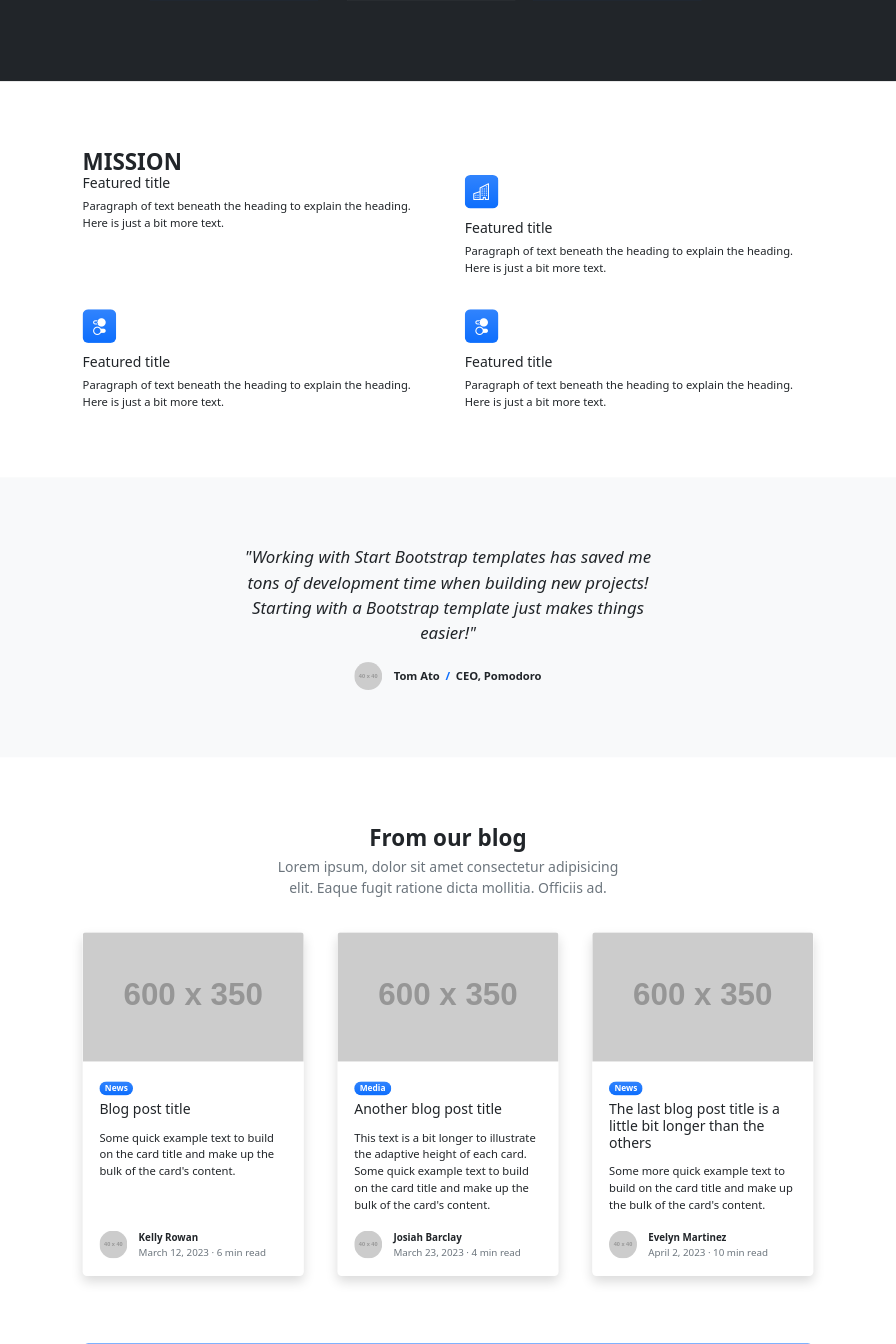
Repository: DragonFruit8/BeTheSpark
Page: index.html
These files come from the project's save history. The page is drawn as it stood at one moment and after a run of saves; the edit follows.
The browser window is 1280 px wide. The pictures show the part of the page from y = 367 to 2287 px (the page is 2617 px tall before and 2665 px after), at 70% of full size.

Above is the page before, as saved 2024-01-14 07:45:42.

After the next 2 saves:
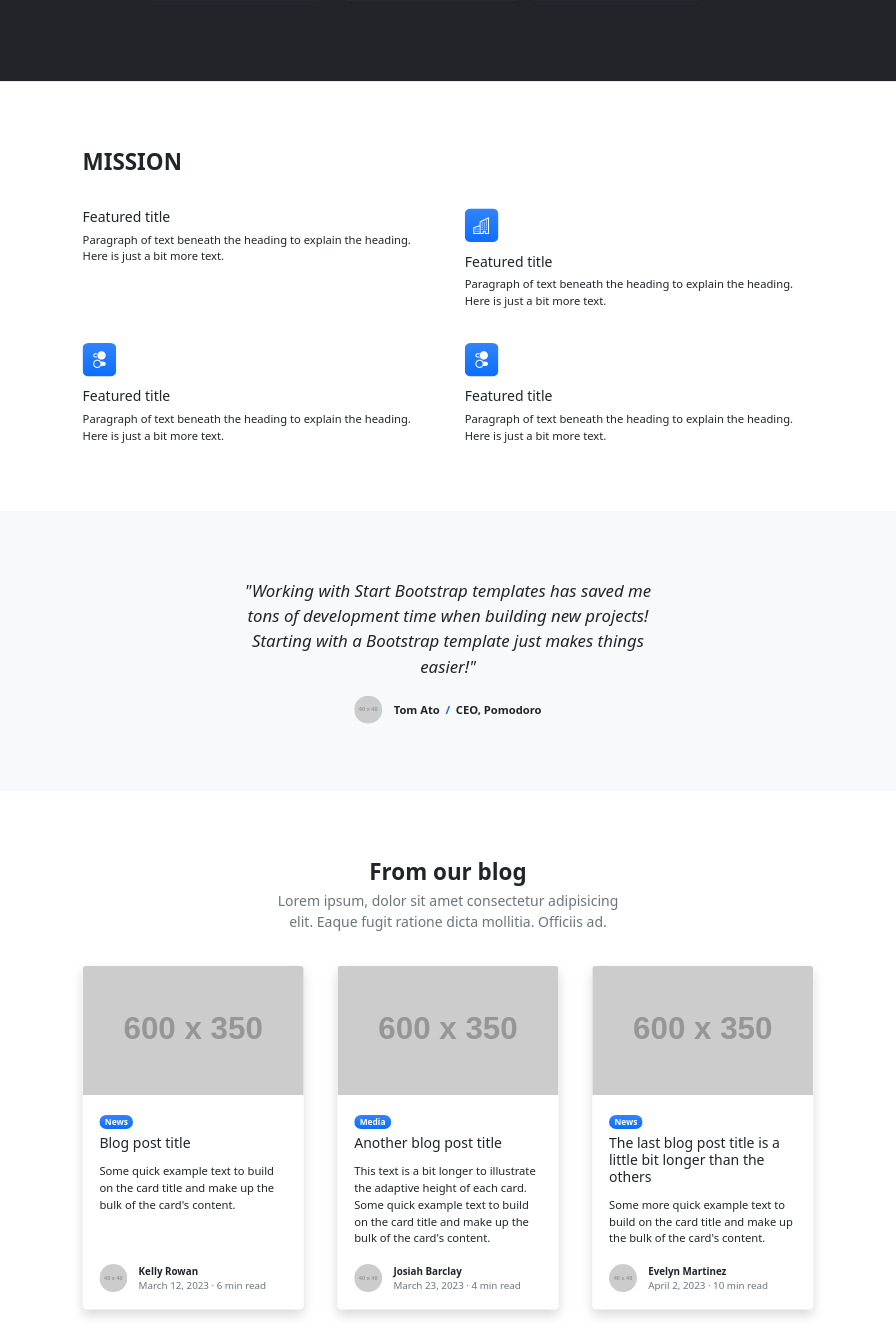
The 2 saves are shown as one change because they came seconds apart.
The last was saved 52 s later.
--- a/index.html
+++ b/index.html
@@ -69,7 +69,7 @@
             <section class="py-5" id="features">
                 <div class="container px-5 my-5">
                     <div class="row gx-5">
-                        <div class="col-lg-4 mb-5 mb-lg-0"><h2 class="fw-bolder mb-0">MISSION</h2></div>
+                        <div class="col-lg-4 mb-5 mb-lg-0"><h2 class="fw-bolder mb-5">MISSION</h2></div>
                         <div class="row-lg-8">
                             <div class="row gx-5 row-cols-1 row-cols-md-2">
                                 <div class="col mb-5 h-100">
